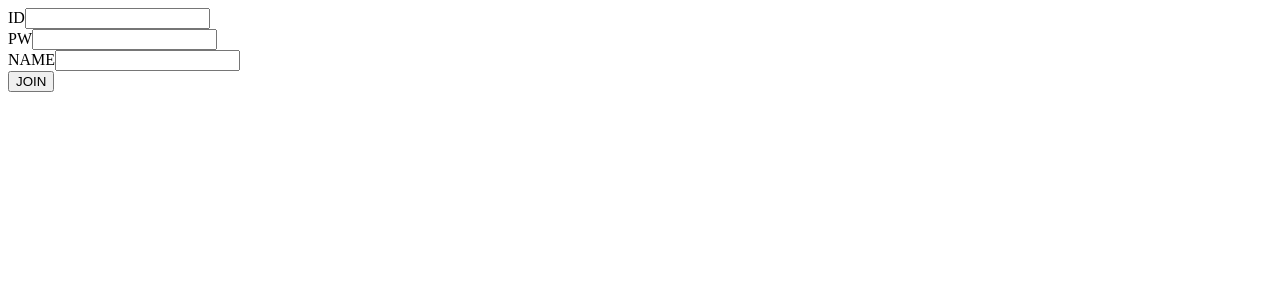
Repository: Moonsun23/jsp
Page: http://localhost/db-connect/join-form.jsp
The author's editor kept a copy of each file at every save. The page is drawn from the files as they stood at one save, then again after the next save.
The browser window is 1280 px wide. The pictures show the whole page.
The page is served by Tomcat 9. Other server files are loaded and not shown.

Above is the page before, as saved 2023-06-05 07:23:00.

### db-connect/src/main/webapp/join-form.jsp
<%@ page language="java" contentType="text/html; charset=UTF-8" pageEncoding="UTF-8"%>
<!DOCTYPE html>
<html>
  <head>
    <meta charset="UTF-8" />
    <title>Insert title here</title>
  </head>
  <body>
    <form action="join-process.jsp" method="post">
      <!--  // method는 get과 post가 s있는데 비번이 있을땐 포스트!!!! get으로 하면 정보가 다 주소창에 뜸 -->
      <div>
        <label><span>ID</span><input type="text" name="userId" /></label>
      </div>
      <div>
        <label><span>PW</span><input type="password" name="userPw" /></label>
      </div>
      <div>
        <label><span>NAME</span><input type="text" name="userName" /></label>
      </div>
      <div>
        <button>JOIN</button>
      </div>
    </form>
  </body>
</html>

After the next save:
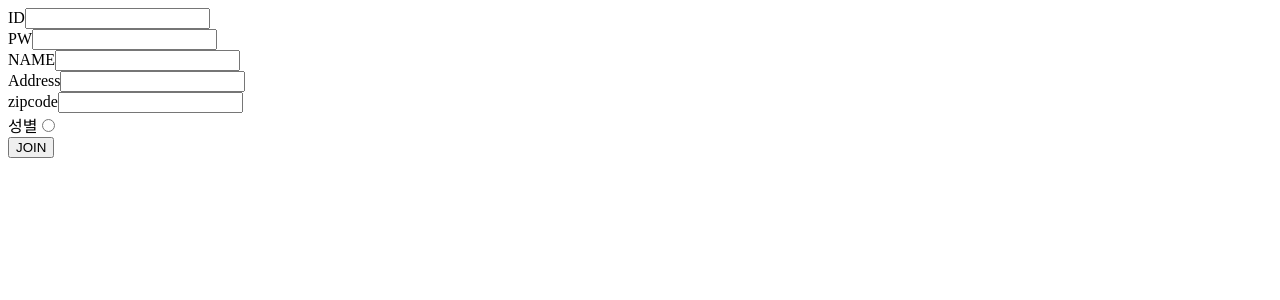
Saved 16 min 51 s later.
--- a/db-connect/src/main/webapp/join-form.jsp
+++ b/db-connect/src/main/webapp/join-form.jsp
@@ -18,6 +18,15 @@
         <label><span>NAME</span><input type="text" name="userName" /></label>
       </div>
       <div>
+        <label><span>Address</span><input type="text" name="address" /></label>
+      </div>
+      <div>
+        <label><span>zipcode</span><input type="text" name="zipcode" /></label>
+      </div>
+      <div>
+        <label><span>성별</span><input type="radio" name="gender" /></label>
+      </div>
+      <div>
         <button>JOIN</button>
       </div>
     </form>
